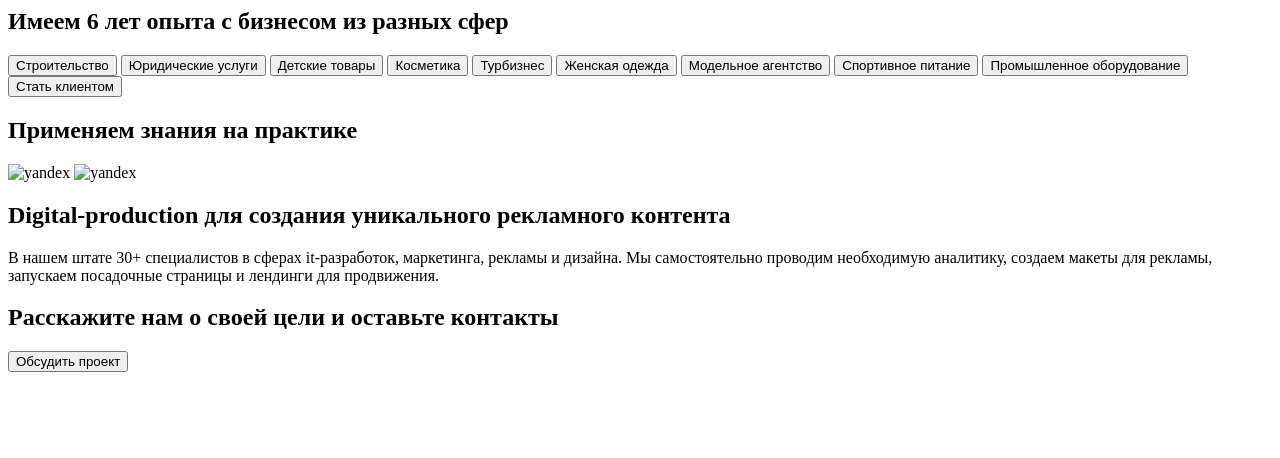
Repository: the-ASAP/AsapVerstka
Page: src/components/outro.html
These files come from the project's save history. The page is drawn as it stood at one moment and after the next save; the edit follows.
The browser window is 1280 px wide. The pictures show the whole page.

Above is the page before, as saved 2021-08-10 10:20:06.

After the next save:
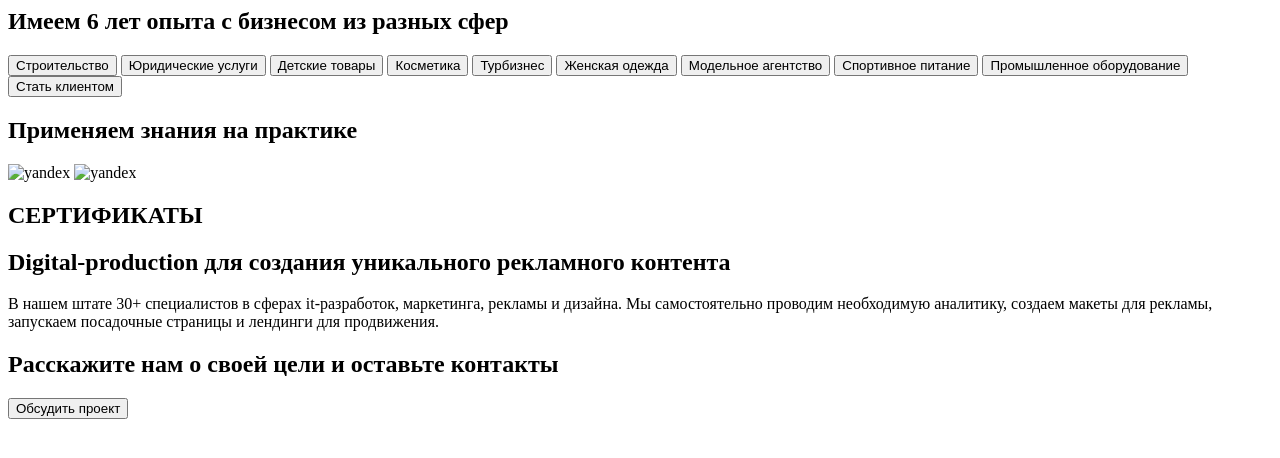
Saved 5 s later.
--- a/src/components/outro.html
+++ b/src/components/outro.html
@@ -43,7 +43,7 @@
                 <img src="img/yandex.png" alt="yandex" class="certificates__image_1" />
                 <img src="img/yandex.png" alt="yandex" class="certificates__image_2" />
             </div>
-            <!-- <h2 class="CarouselText">СЕРТИФИКАТЫ</h2> -->
+            <h2 class="CarouselText">СЕРТИФИКАТЫ</h2>
         </div>
 
         <div class="content">
